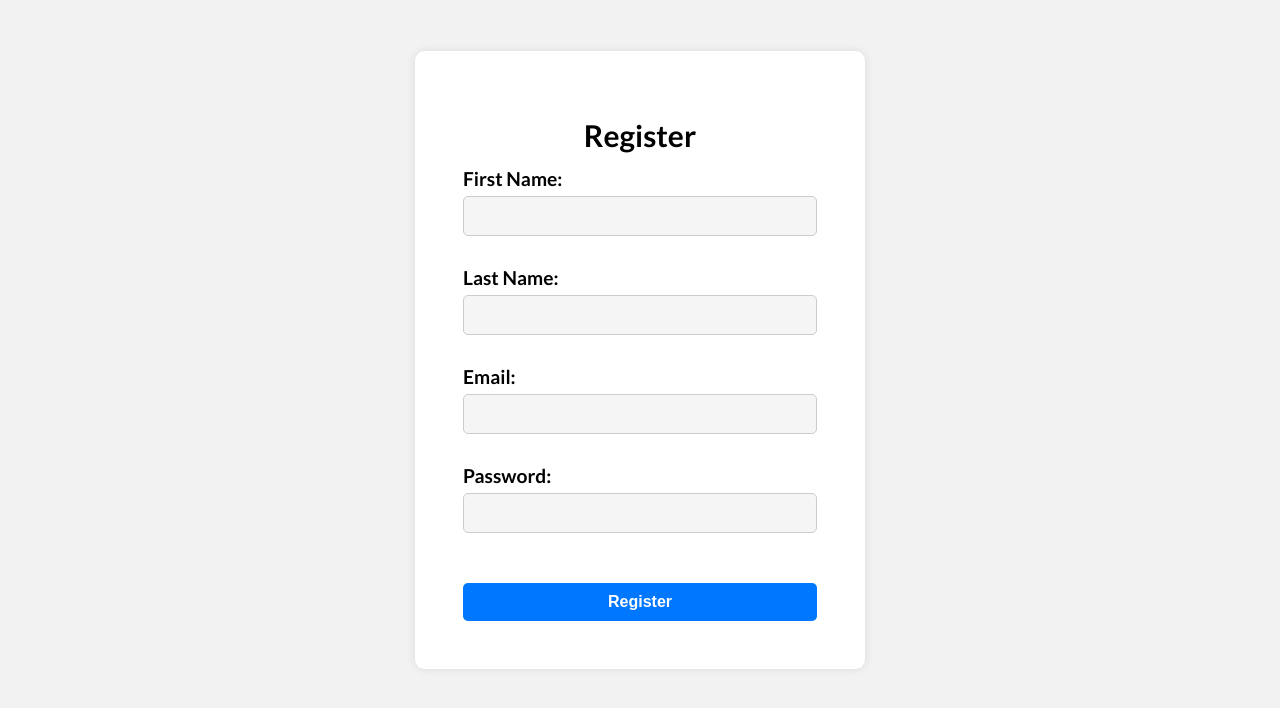
Repository: DannyMyles/iGammer
Page: /registration
These files come from the project's save history. The page is drawn as it stood at one moment and after the next save; the edit follows.
The browser window is 1280 px wide. The pictures show the whole page.
The project was rebuilt for these pictures with package versions that can differ from the ones it lists, and the page was loaded fresh each time. Also part of the build but not shown: src/components/footer/footer.css, src/components/footer/Footer.tsx, src/components/navbar/navbar.css, src/components/navbar/Navbar.tsx, src/pages/games/games.css, src/pages/games/Games.tsx, src/pages/home/home.css, src/pages/home/Home.tsx and 3 more.

Above is the page before, as saved 2023-03-16 11:20:21.

### public/index.html
<!DOCTYPE html>
<html lang="en">
  <head>
    <meta charset="utf-8" />
    <link rel="icon" href="%PUBLIC_URL%/favicon.ico" />
    <meta name="viewport" content="width=device-width, initial-scale=1" />
    <meta name="theme-color" content="#000000" />
    <meta
      name="description"
      content="Web site created using create-react-app"
    />
    <link rel="apple-touch-icon" href="%PUBLIC_URL%/logo192.png" />

    <link rel="manifest" href="%PUBLIC_URL%/manifest.json" />
    <title>iGammer</title>
  </head>
  <body>
    <div id="root"></div>
  </body>
</html>

### src/index.tsx
import React from "react";
import ReactDOM from "react-dom/client";
import "./index.css";
import App from "./App";
import { BrowserRouter } from "react-router-dom";
const root = ReactDOM.createRoot(
  document.getElementById("root") as HTMLElement
);
root.render(
  <React.StrictMode>
    <BrowserRouter>
      <App />
    </BrowserRouter>
  </React.StrictMode>
);

### src/index.css
@import url('https://fonts.googleapis.com/css2?family=Lato:wght@100;300;400;700;900&display=swap');
* {
	box-sizing: border-box;

}

body {
	margin: 0;
	padding: 0;
	background: #ffffff;
	align-items: center;
	flex-direction: column;
	font-family: 'Lato', sans-serif;
	line-height: 1.5rem;
	font-size: 20px;
}
.i-word{
	font-style: italic;
	font-size: larger;
	font-weight: 900;
	color: rgb(247, 158, 4);
  }

### src/App.tsx
import { Route, Routes } from "react-router-dom";
import Games from "./pages/games/Games";
import Home from "./pages/home/Home";
import Login from "./pages/login/Login";
import PlayGame from "./pages/playgame/PlayGame";
import Register from "./pages/register/Register";

function App() {
  const handleRegistration = (
    firstName: string,
    lastName: string,
    email: string,
    password: string
  ) => {
    // Handle registration logic here
    console.log(firstName, lastName, email, password);
  };

  const handleSubmit = (email: string, password: string) => {
    // Handle login logic here
    console.log("Email:", email);
    console.log("Password:", password);
  };

  return (
    <Routes>
      <Route path="/" element={<Home />} />
      <Route path="/games" element={<Games />} />
      <Route path="/play" element={<PlayGame />} />
      <Route path="/login" element={<Login onSubmit={handleSubmit} />} />
      <Route
        path="/registration"
        element={<Register onSubmit={handleRegistration} />}
      />
    </Routes>
  );
}

export default App;

### src/pages/register/Register.tsx
import "./register.css";
import { useState } from "react";

type RegistrationProps = {
  onSubmit: (
    firstName: string,
    lastName: string,
    email: string,
    password: string
  ) => void;
};
const Register = ({ onSubmit }: RegistrationProps) => {
  const [firstName, setFirstName] = useState("");
  const [lastName, setLastName] = useState("");
  const [email, setEmail] = useState("");
  const [password, setPassword] = useState("");

  const handleRegistration = (e: React.FormEvent<HTMLFormElement>) => {
    e.preventDefault();
    onSubmit(firstName, lastName, email, password);
  };

  return (
    <div className="register-container">
      <form className="registration-form" onSubmit={handleRegistration}>
        <h2>Register</h2>
        <label>
          First Name:
          <input
            type="text"
            value={firstName}
            onChange={(event) => setFirstName(event.target.value)}
          />
        </label>
        <label>
          Last Name:
          <input
            type="text"
            value={lastName}
            onChange={(event) => setLastName(event.target.value)}
          />
        </label>
        <label>
          Email:
          <input
            type="email"
            value={email}
            onChange={(event) => setEmail(event.target.value)}
          />
        </label>
        <label>
          Password:
          <input
            type="password"
            value={password}
            onChange={(event) => setPassword(event.target.value)}
          />
        </label>
        <button type="submit">Register</button>
      </form>
    </div>
  );
};

export default Register;

### src/pages/login/login.css
.login-container {
    display: flex;
    justify-content: center;
    align-items: center;
    height: 100vh;
    background-color: #f2f2f2;
  }
  .login-form h2 {
    margin-bottom: 20px;
    margin-top: 0;
  }
  form {
    display: flex;
    flex-direction: column;
    text-align: left;
    width: 400px;
    padding: 3rem;
    background-color: white;
    border-radius:.6rem;
    box-shadow: 0px 0px 10px rgba(0, 0, 0, 0.1);
}

  label {
    margin-bottom: .5rem;
    font-weight: bold;
    font-size: 1.2rem;
    text-align: left;
  }

  input {
    width: 100%;
    padding: 10px;
    margin-bottom: 20px;
    border-radius: 5px;
    border: none;
    background-color: #f5f5f5;
    font-size: 16px;
  }
  input:focus{
    outline: rgb(253, 252, 252);
    border:1px solid #bebcbc;
  }

  button {
    width: 100%;
    padding: 10px;
    border-radius: 5px;
    border: none;
    background-color: #0077cc;
    color: white;
    font-size: 16px;
    font-weight: bold;
    cursor: pointer;
  }

  button:hover {
    background-color: #0066b3;
  }

### src/pages/register/register.css
.register-container {
    display: flex;
    justify-content: center;
    align-items: center;
    height: 100vh;
    background-color: #f2f2f2;
  }
.registration-form {
    display: flex;
    flex-direction: column;
    align-items: center;
    width: 450px;
  }

  .registration-form h2 {
    margin-bottom: 20px;
  }

  .registration-form label {
    display: flex;
    flex-direction: column;
    margin-bottom: 10px;
    text-align: left;
    width: 100%;
  }

  .registration-form input {
    padding: 10px;
    border-radius: 5px;
    border: 1px solid #ccc;
    margin-top: 5px;
  }

  .registration-form button {
    padding: 10px 20px;
    background-color: #0077ff;
    color: #fff;
    border: none;
    border-radius: 5px;
    cursor: pointer;
    margin-top: 20px;
  }

  .registration-form button:hover {
    background-color: #0059b3;
  }

After the next save:
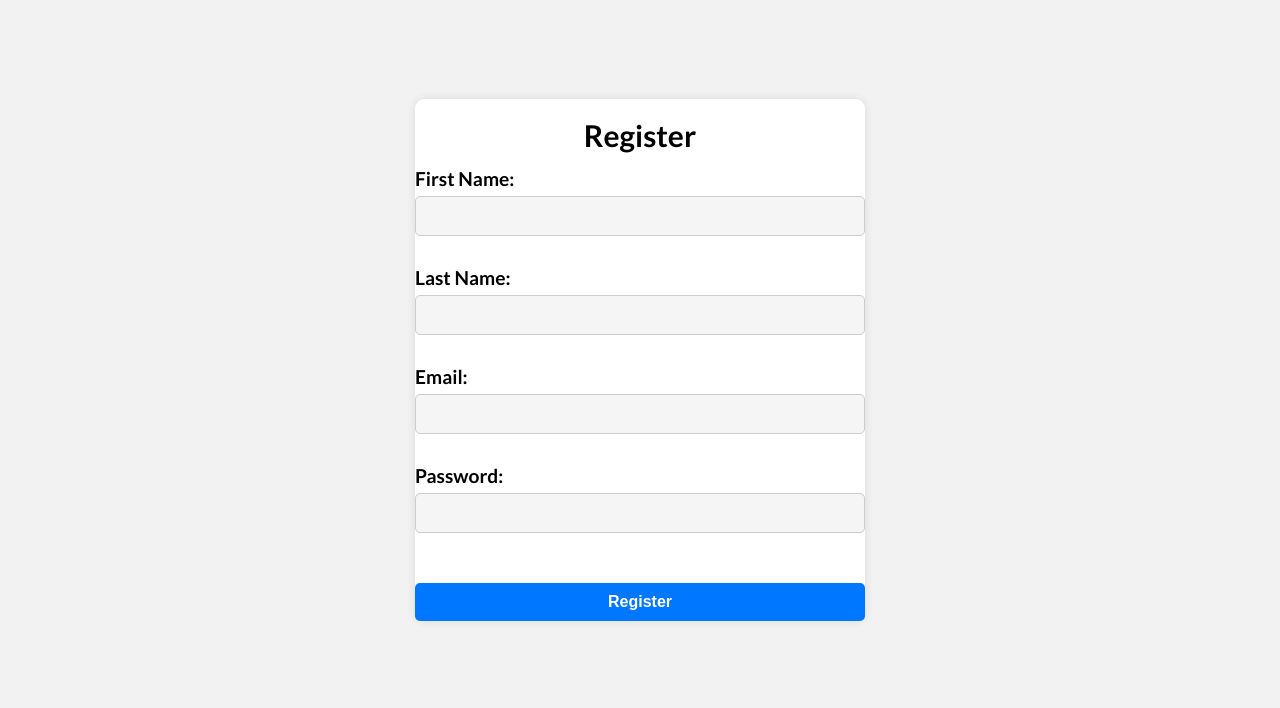
Saved 22 s later.
--- a/src/pages/login/login.css
+++ b/src/pages/login/login.css
@@ -14,7 +14,7 @@
     flex-direction: column;
     text-align: left;
     width: 400px;
-    padding: 3rem;
+    /* padding: 3rem; */
     background-color: white;
     border-radius:.6rem;
     box-shadow: 0px 0px 10px rgba(0, 0, 0, 0.1);

After the save that followed:
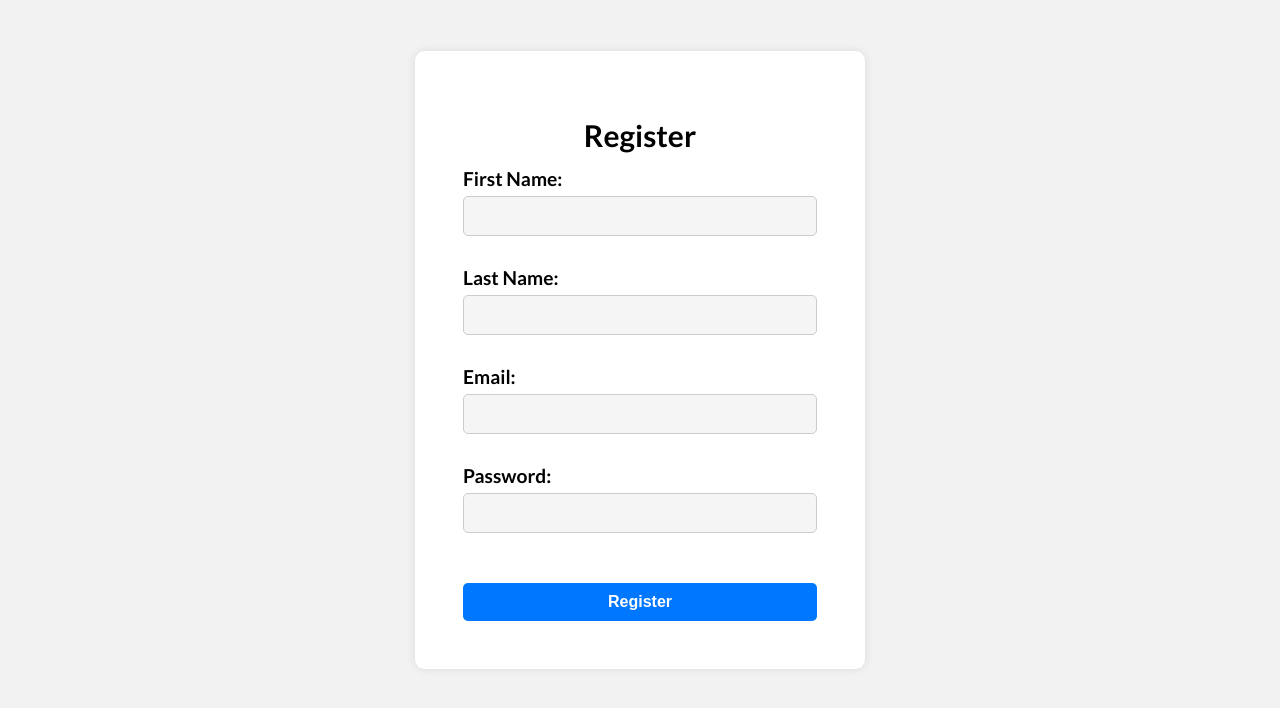
Saved 6 s later.
--- a/src/pages/login/login.css
+++ b/src/pages/login/login.css
@@ -14,7 +14,7 @@
     flex-direction: column;
     text-align: left;
     width: 400px;
-    /* padding: 3rem; */
+    padding: 3rem;
     background-color: white;
     border-radius:.6rem;
     box-shadow: 0px 0px 10px rgba(0, 0, 0, 0.1);
